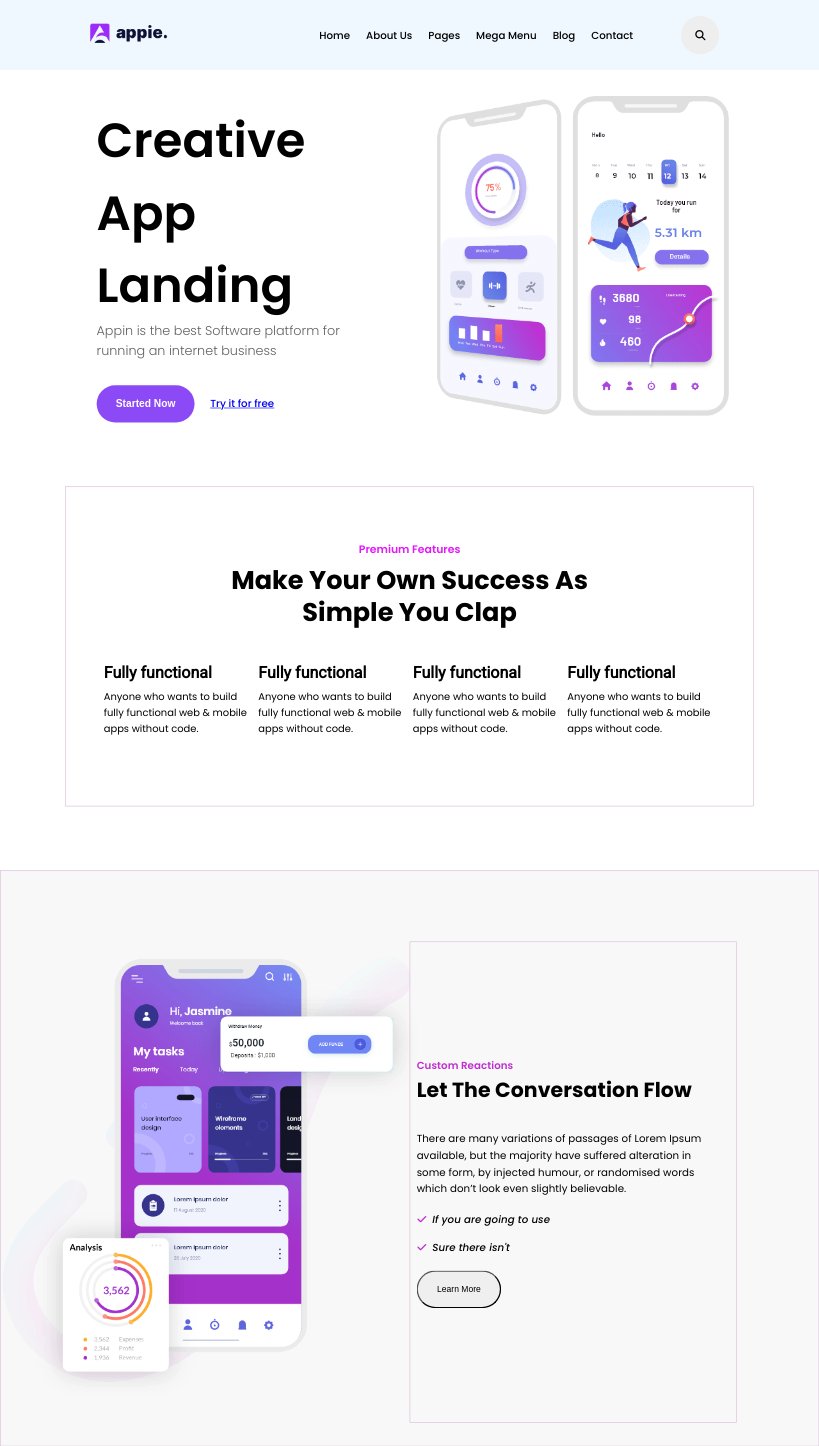
Repository: northpx/landingpage
Page: index.html
These files come from the project's save history. The page is drawn as it stood at one moment and after the next save; the edit follows.
The browser window is 1280 px wide. The pictures show the whole page, at 64% of full size.

Above is the page before, as saved 2022-12-28 16:09:04.

After the next save:
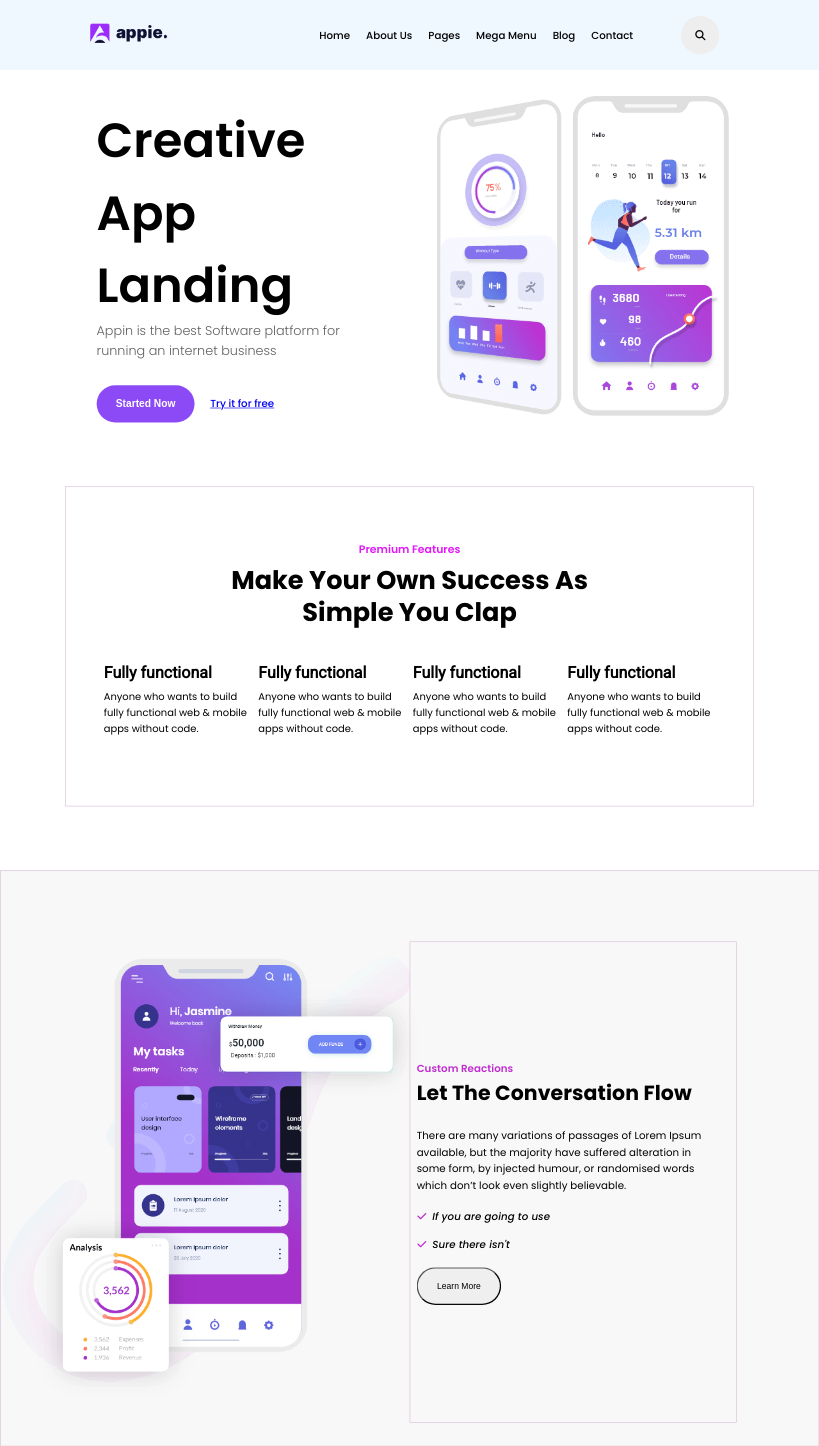
Saved 4 s later.
--- a/src/css/style.css
+++ b/src/css/style.css
@@ -277,5 +277,5 @@ h6{
 .content3 p{
     line-height: 26px;
     padding-right: 40px;
-    margin-top: 40px;
-}
+    margin-top: 30px;
+}
